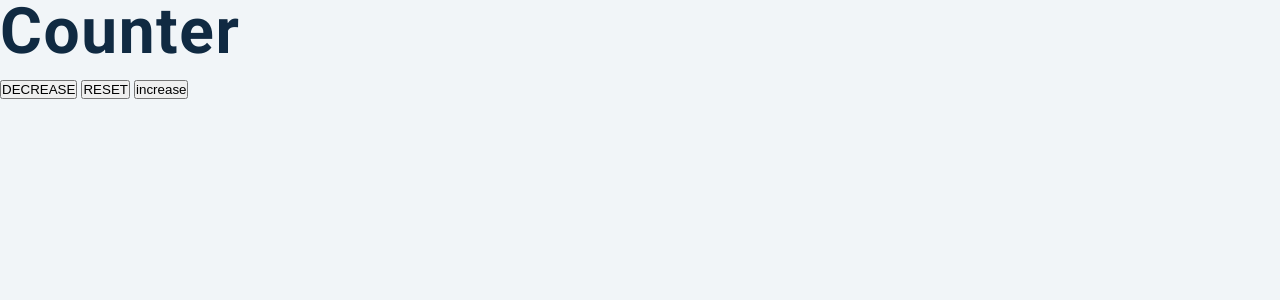
Repository: hseunghwan/practice-vanilla-javascript
Page: Counter/Counter.html
These files come from the project's save history. The page is drawn as it stood at one moment and after the next save; the edit follows.
The browser window is 1280 px wide. The pictures show the whole page.

Above is the page before, as saved 2023-05-09 20:18:35.

### Counter/Counter.html
<!DOCTYPE html>
<html>
    <head>
        <meta charset="utf-8" />
        <title>Counter</title>
        <link href="../styles.css" rel="stylesheet" />
        <script src="app.js"></script>
    </head>
    <body>
        <h1>Counter</h1>
        <div class="bottonbox">
            <button id="decrease">DECREASE</button>
            <button id="reset">RESET</button>
            <button id="increase">increase</button>
        </div>
    </body>
</html>

### styles.css
/*
===============
Fonts
===============
*/
@import url("https://fonts.googleapis.com/css?family=Open+Sans|Roboto:400,700&display=swap");

/*
===============
Variables
===============
*/

:root {
    /* dark shades of primary color*/
    --clr-primary-1: hsl(205, 86%, 17%);
    --clr-primary-2: hsl(205, 77%, 27%);
    --clr-primary-3: hsl(205, 72%, 37%);
    --clr-primary-4: hsl(205, 63%, 48%);
    /* primary/main color */
    --clr-primary-5: hsl(205, 78%, 60%);
    /* lighter shades of primary color */
    --clr-primary-6: hsl(205, 89%, 70%);
    --clr-primary-7: hsl(205, 90%, 76%);
    --clr-primary-8: hsl(205, 86%, 81%);
    --clr-primary-9: hsl(205, 90%, 88%);
    --clr-primary-10: hsl(205, 100%, 96%);
    /* darkest grey - used for headings */
    --clr-grey-1: hsl(209, 61%, 16%);
    --clr-grey-2: hsl(211, 39%, 23%);
    --clr-grey-3: hsl(209, 34%, 30%);
    --clr-grey-4: hsl(209, 28%, 39%);
    /* grey used for paragraphs */
    --clr-grey-5: hsl(210, 22%, 49%);
    --clr-grey-6: hsl(209, 23%, 60%);
    --clr-grey-7: hsl(211, 27%, 70%);
    --clr-grey-8: hsl(210, 31%, 80%);
    --clr-grey-9: hsl(212, 33%, 89%);
    --clr-grey-10: hsl(210, 36%, 96%);
    --clr-white: #fff;
    --clr-red-dark: hsl(360, 67%, 44%);
    --clr-red-light: hsl(360, 71%, 66%);
    --clr-green-dark: hsl(125, 67%, 44%);
    --clr-green-light: hsl(125, 71%, 66%);
    --clr-black: #222;
    --ff-primary: "Roboto", sans-serif;
    --ff-secondary: "Open Sans", sans-serif;
    --transition: all 0.3s linear;
    --spacing: 0.1rem;
    --radius: 0.25rem;
    --light-shadow: 0 5px 15px rgba(0, 0, 0, 0.1);
    --dark-shadow: 0 5px 15px rgba(0, 0, 0, 0.2);
    --max-width: 1170px;
    --fixed-width: 620px;
}
/*
===============
Global Styles
===============
*/

*,
::after,
::before {
    margin: 0;
    padding: 0;
    box-sizing: border-box;
}
body {
    font-family: var(--ff-secondary);
    background: var(--clr-grey-10);
    color: var(--clr-grey-1);
    line-height: 1.5;
    font-size: 0.875rem;
}
ul {
    list-style-type: none;
}
a {
    text-decoration: none;
}
h1,
h2,
h3,
h4 {
    letter-spacing: var(--spacing);
    text-transform: capitalize;
    line-height: 1.25;
    margin-bottom: 0.75rem;
    font-family: var(--ff-primary);
}
h1 {
    font-size: 3rem;
}
h2 {
    font-size: 2rem;
}
h3 {
    font-size: 1.25rem;
}
h4 {
    font-size: 0.875rem;
}
p {
    margin-bottom: 1.25rem;
    color: var(--clr-grey-5);
}
@media screen and (min-width: 800px) {
    h1 {
        font-size: 4rem;
    }
    h2 {
        font-size: 2.5rem;
    }
    h3 {
        font-size: 1.75rem;
    }
    h4 {
        font-size: 1rem;
    }
    body {
        font-size: 1rem;
    }
    h1,
    h2,
    h3,
    h4 {
        line-height: 1;
    }
}
/*  global classes */

/* section */
.section {
    padding: 5rem 0;
}

.section-center {
    width: 90vw;
    margin: 0 auto;
    max-width: 1170px;
}
@media screen and (min-width: 992px) {
    .section-center {
        width: 95vw;
    }
}
main {
    min-height: 100vh;
    display: grid;
    place-items: center;
}

/*
===============
Nav
===============
*/
nav {
    background: var(--clr-white);
    height: 3rem;
    display: grid;
    align-items: center;
    box-shadow: var(--dark-shadow);
}
.nav-center {
    width: 90vw;
    max-width: var(--fixed-width);
    margin: 0 auto;
    display: flex;
    align-items: center;
    justify-content: space-between;
}
.nav-center h4 {
    margin-bottom: 0;
    color: var(--clr-primary-5);
}
.nav-links {
    display: flex;
}
nav a {
    text-transform: capitalize;
    font-weight: 700;
    font-size: 1rem;
    color: var(--clr-primary-1);
    letter-spacing: var(--spacing);
    margin-right: 1rem;
}
nav a:hover {
    color: var(--clr-primary-5);
}
/*
===============
Container
===============
*/
main {
    min-height: calc(100vh - 3rem);
    display: grid;
    place-items: center;
}
.container {
    text-align: center;
}
.container h2 {
    background: var(--clr-black);
    color: var(--clr-white);
    padding: 1rem;
    border-radius: var(--radius);
    margin-bottom: 2.5rem;
}
.color {
    color: var(--clr-primary-5);
}
.btn-hero {
    font-family: var(--ff-primary);
    text-transform: uppercase;
    background: transparent;
    color: var(--clr-black);
    letter-spacing: var(--spacing);
    display: inline-block;
    font-weight: 700;
    transition: var(--transition);
    border: 2px solid var(--clr-black);
    cursor: pointer;
    box-shadow: 0 1px 3px rgba(0, 0, 0, 0.2);
    border-radius: var(--radius);
    font-size: 1rem;
    padding: 0.75rem 1.25rem;
}
.btn-hero:hover {
    color: var(--clr-white);
    background: var(--clr-black);
}

### Counter/app.js
window.onload = () => {
    let counter = 0;
};

After the next save:
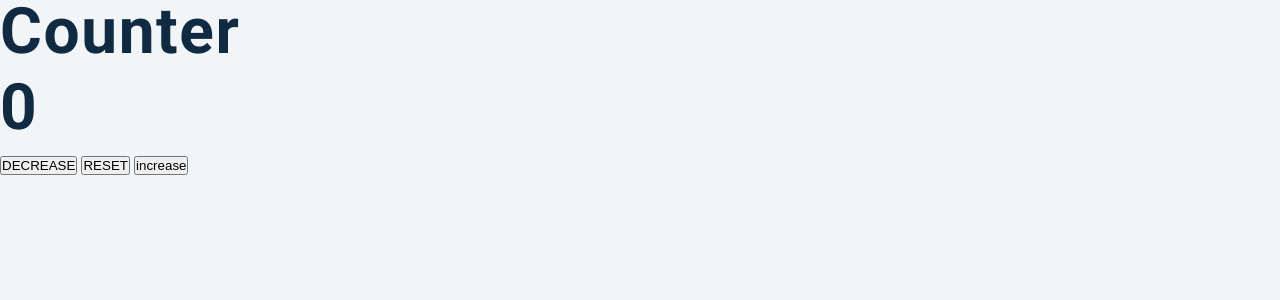
Saved 63 s later.
--- a/Counter/Counter.html
+++ b/Counter/Counter.html
@@ -8,6 +8,7 @@
     </head>
     <body>
         <h1>Counter</h1>
+        <h1 id="counter">0</h1>
         <div class="bottonbox">
             <button id="decrease">DECREASE</button>
             <button id="reset">RESET</button>
